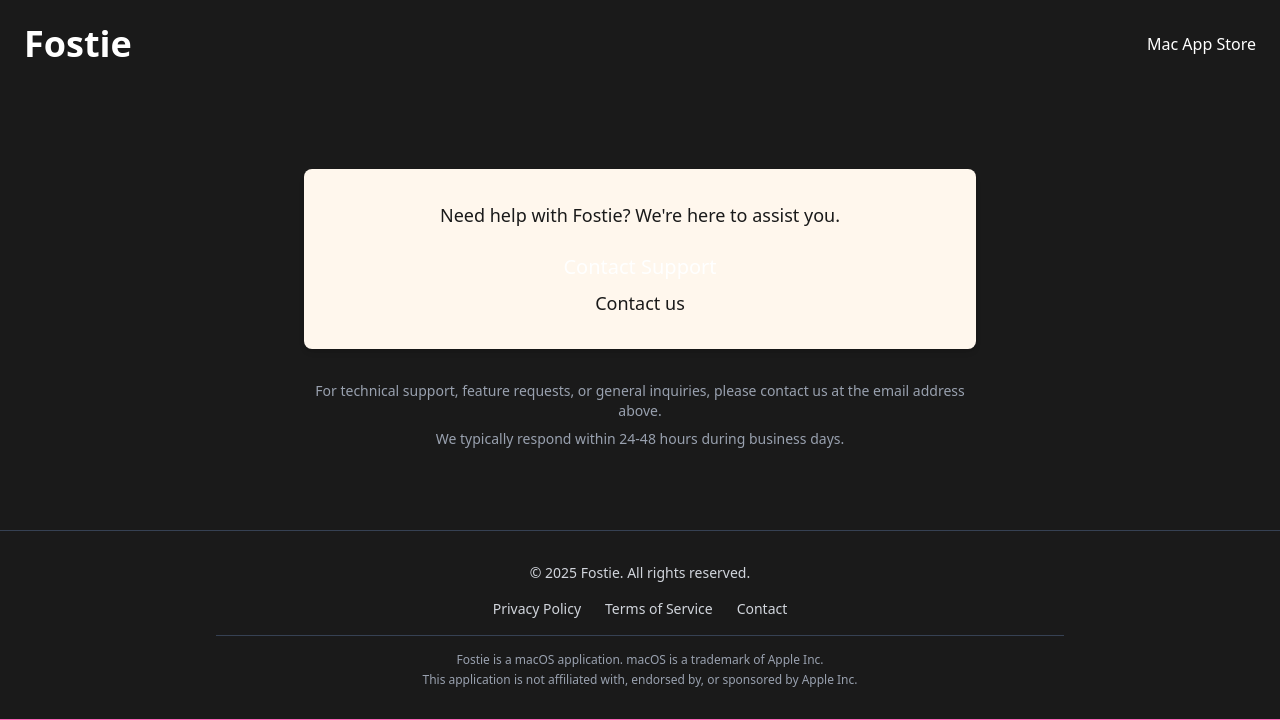
Repository: atimael/fostie-web
Page: /
An editor plug-in stored every save of this project. The page is shown before and after the next save, followed by the edit.
The browser window is 1280 px wide. The pictures show the whole page.
The project was rebuilt for these pictures with package versions that can differ from the ones it lists, and the page was loaded fresh each time. The framework's server and built-in components were replaced by stand-ins that run in the browser. Also part of the build but not shown: next.config.js.

Above is the page before, as saved 2025-05-27 20:09:55.

### app/layout.tsx
import type { Metadata } from "next";
import type { ReactNode } from "react";
import "./globals.css";

export const metadata: Metadata = {
  title: "Fostie - macOS App",
  description: "Official website for Fostie macOS application",
  keywords: "Fostie, macOS, app, application",
  authors: [{ name: "Fostie Team" }],
};

export const viewport = {
  width: "device-width",
  initialScale: 1,
};

export default function RootLayout({ children }: { children: ReactNode }) {
  return (
    <html lang="en" className="dark">
      <body className="antialiased">{children}</body>
    </html>
  );
}

### app/page.tsx
import Footer from "@/components/footer";
import Header from "@/components/header";
import Main from "@/components/main";

export default function Home() {
  return (
    <main className="min-h-screen bg-custom-dark flex flex-col">
      <Header />

      <Main />

      <Footer />
    </main>
  );
}

### app/globals.css
@import "tailwindcss";

@custom-variant dark (&:where(.dark, .dark *));

@theme {
  /* Enable dark mode based on system preference */
  --default-color-scheme: light dark;

  /* Custom dark background color */
  --color-custom-dark: #1a1a1a;

  /* Custom font family */
  --font-family-sans: ui-sans-serif, system-ui, sans-serif, "Apple Color Emoji",
    "Segoe UI Emoji", "Segoe UI Symbol", "Noto Color Emoji";
}

### components/footer.tsx
export default function Footer() {
  const currentYear = new Date().getFullYear();

  return (
    <footer className=" dark:bg-custom-dark border-t border-[#333333] dark:border-gray-700">
      <div className="max-w-4xl mx-auto px-6 py-8">
        <div className="text-center space-y-4">
          <div className="text-sm text-gray-600 dark:text-gray-300">
            <p>&copy; {currentYear} Fostie. All rights reserved.</p>
          </div>

          <div className="flex flex-wrap justify-center gap-6 text-sm">
            <a
              href="/privacy"
              className="text-gray-600 dark:text-gray-300 hover:text-gray-900 dark:hover:text-white transition-colors"
            >
              Privacy Policy
            </a>
            <a
              href="/terms"
              className="text-gray-600 dark:text-gray-300 hover:text-gray-900 dark:hover:text-white transition-colors"
            >
              Terms of Service
            </a>
            <a
              href="mailto:test@gmail.com"
              className="text-gray-600 dark:text-gray-300 hover:text-gray-900 dark:hover:text-white transition-colors"
            >
              Contact
            </a>
          </div>

          <div className="text-xs text-gray-500 dark:text-gray-400 pt-4 border-t border-gray-100 dark:border-gray-700">
            <p>
              Fostie is a macOS application. macOS is a trademark of Apple Inc.
            </p>
            <p className="mt-1">
              This application is not affiliated with, endorsed by, or sponsored
              by Apple Inc.
            </p>
          </div>
        </div>
      </div>
    </footer>
  );
}

### components/header.tsx
export default function Header() {
  return (
    <header className="justify-between flex items-center dark:text-white py-6 px-6">
      <div>
        {/* <Image src="/logo.png" alt="Fostie" width={100} height={100} /> */}
        <h1 className="text-4xl font-bold text-center">Fostie</h1>
      </div>

      <div className="flex items-center gap-4">
        <div>Mac App Store</div>
      </div>
    </header>
  );
}

### components/main.tsx
export default function Main() {
  return (
    <div className="flex-1 flex items-center justify-center px-6 py-12">
      <div className="max-w-2xl mx-auto text-center">
        <div className=" bg-orange-50 rounded-lg shadow-md p-8 mb-8">
          <p className="text-lg text-[#1a1a1a] mb-6">
            Need help with Fostie? We're here to assist you.
          </p>

          <div className="space-y-4">
            <div>
              <h3 className="text-xl font-medium text-gray-900 dark:text-white mb-2">
                Contact Support
              </h3>
              <a
                href="mailto:hello@fostie.com"
                className="group text-[#1a1a1a] text-lg font-medium transition-colors hover group-hover:text-pink-400"
              >
                <span className="w-full h-[1px] bg-pink-400 absolute bottom-0 left-0 group-hover:-bottom-1.5"></span>
                Contact us
              </a>
            </div>
          </div>
        </div>

        <div className="text-sm text-gray-500 dark:text-gray-400 space-y-2">
          <p>
            For technical support, feature requests, or general inquiries,
            please contact us at the email address above.
          </p>
          <p>We typically respond within 24-48 hours during business days.</p>
        </div>
      </div>
    </div>
  );
}

After the next save:
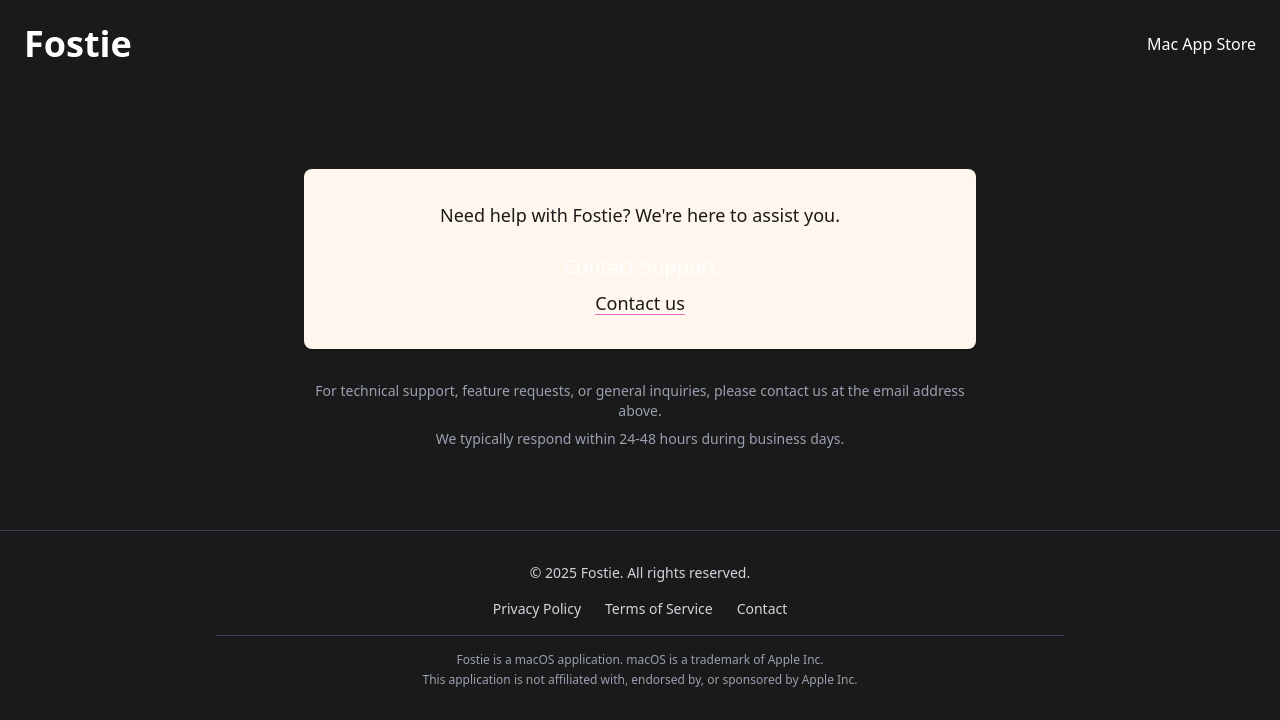
Saved 6 s later.
--- a/components/main.tsx
+++ b/components/main.tsx
@@ -14,10 +14,10 @@
               </h3>
               <a
                 href="mailto:hello@fostie.com"
-                className="group text-[#1a1a1a] text-lg font-medium transition-colors hover group-hover:text-pink-400"
+                className="group relative text-[#1a1a1a] text-lg font-medium transition-colors hover group-hover:text-pink-400"
               >
+                Contact us
                 <span className="w-full h-[1px] bg-pink-400 absolute bottom-0 left-0 group-hover:-bottom-1.5"></span>
-                Contact us
               </a>
             </div>
           </div>
